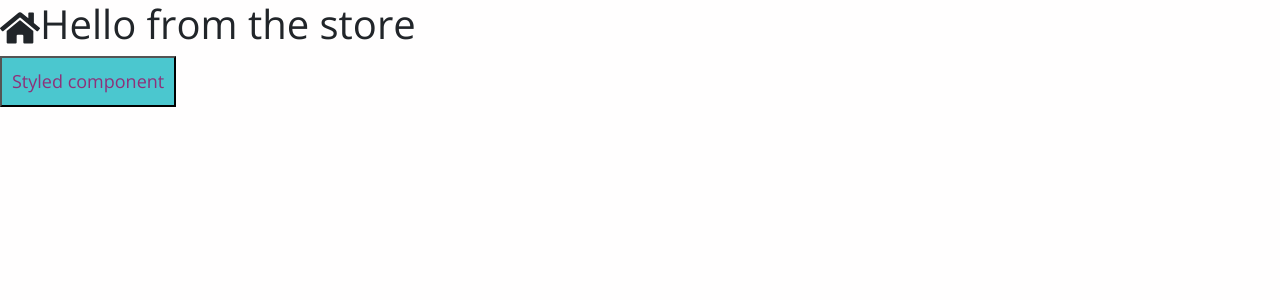
Repository: CaptainStorm21/react16-techstore
Page: /
The author's editor kept a copy of each file at every save. The page is drawn from the files as they stood at one save, then again after a run of saves.
The browser window is 1280 px wide. The pictures show the whole page.
Some web fonts or font styles are not loaded; a fallback is used. The project was rebuilt for these pictures with package versions that can differ from the ones it lists, and the page was loaded fresh each time.

Above is the page before, as saved 2020-05-07 01:05:26.

### public/index.html
<!DOCTYPE html>
<html lang="en">
  <head>
    <meta charset="utf-8" />
    <link rel="icon" href="%PUBLIC_URL%/favicon.ico" />
    <meta name="viewport" content="width=device-width, initial-scale=1" />
    <meta name="theme-color" content="#000000" />
    <meta
      name="description"
      content="Web site created using create-react-app"
    />
    <link rel="apple-touch-icon" href="%PUBLIC_URL%/logo192.png" />
    <!--
      manifest.json provides metadata used when your web app is installed on a
      user's mobile device or desktop. See https://developers.google.com/web/fundamentals/web-app-manifest/
    -->
    <link rel="manifest" href="%PUBLIC_URL%/manifest.json" />
    <!--
      Notice the use of %PUBLIC_URL% in the tags above.
      It will be replaced with the URL of the `public` folder during the build.
      Only files inside the `public` folder can be referenced from the HTML.

      Unlike "/favicon.ico" or "favicon.ico", "%PUBLIC_URL%/favicon.ico" will
      work correctly both with client-side routing and a non-root public URL.
      Learn how to configure a non-root public URL by running `npm run build`.
    -->
    <title>Tech Store</title>
  </head>
  <body>
    <noscript>You need to enable JavaScript to run this app.</noscript>
    <div id="root"></div>
    <!--
      This HTML file is a template.
      If you open it directly in the browser, you will see an empty page.

      You can add webfonts, meta tags, or analytics to this file.
      The build step will place the bundled scripts into the <body> tag.

      To begin the development, run `npm start` or `yarn start`.
      To create a production bundle, use `npm run build` or `yarn build`.
    -->
  </body>
</html>

### src/App.js
import React from 'react';
import './App.css';
import  'bootstrap/dist/css/bootstrap.min.css';
import styled from 'styled-components';


import {FaHome} from 'react-icons/fa';

function App() {
  return (
    <div >
     <h1><FaHome/>Hello from the store</h1>
     <Button> Styled component </Button>
    </div>
  );
}

const Button = styled.button`
color: #8E3179;
background: #4BC7CF;
font-size: 18px;
padding: 10px;

`;

export default App;

### src/App.css
@import url("https://fonts.googleapis.com/css?family=Monda:400,700|Open+Sans:400,700|Raleway:400,700&display=swap");

/* font-family: 'Raleway', sans-serif;
font-family: 'Open Sans', sans-serif;
font-family: 'Monda', sans-serif;
*/

/* sass */
:root {
  --primaryColor: #0a74bb;
  --primaryRGBA: rgba(0, 0, 0, 0.3);
  --mainGrey: #fffefede !important;
  --darkGrey: #1a1110;
  --mainWhite: #fff;
  --mainBlack: #222;
  --mainTransition: all 0.3s ease-in-out;
  --mainSpacing: 0.3rem;
}

.text-title {
  font-family: "Monda", sans-serif;
  font-weight: bold;
  letter-spacing: var(--mainSpacing);
  text-transform: capitalize;
}

.text-main {
  color: var(--primaryColor);
}

body {
  font-family: "Open Sans", sans-serif !important;
  background-color: var(--mainGrey) !important;
  color: var(--mainBlack);
}

Loaded but not shown: src/index.js (common file); src/index.css (common file); src/serviceWorker.js (common file)

After the next 3 saves:
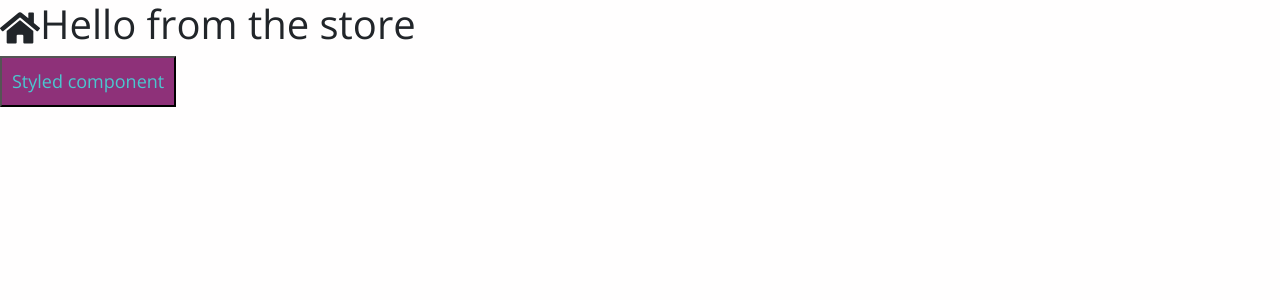
The 3 saves are shown as one change because they came seconds apart.
The last was saved 19 s later.
--- a/src/App.js
+++ b/src/App.js
@@ -16,8 +16,8 @@ function App() {
 }
 
 const Button = styled.button`
-color: #8E3179;
-background: #4BC7CF;
+color:#4BC7CF;
+background: #8E3179;
 font-size: 18px;
 padding: 10px;
 
